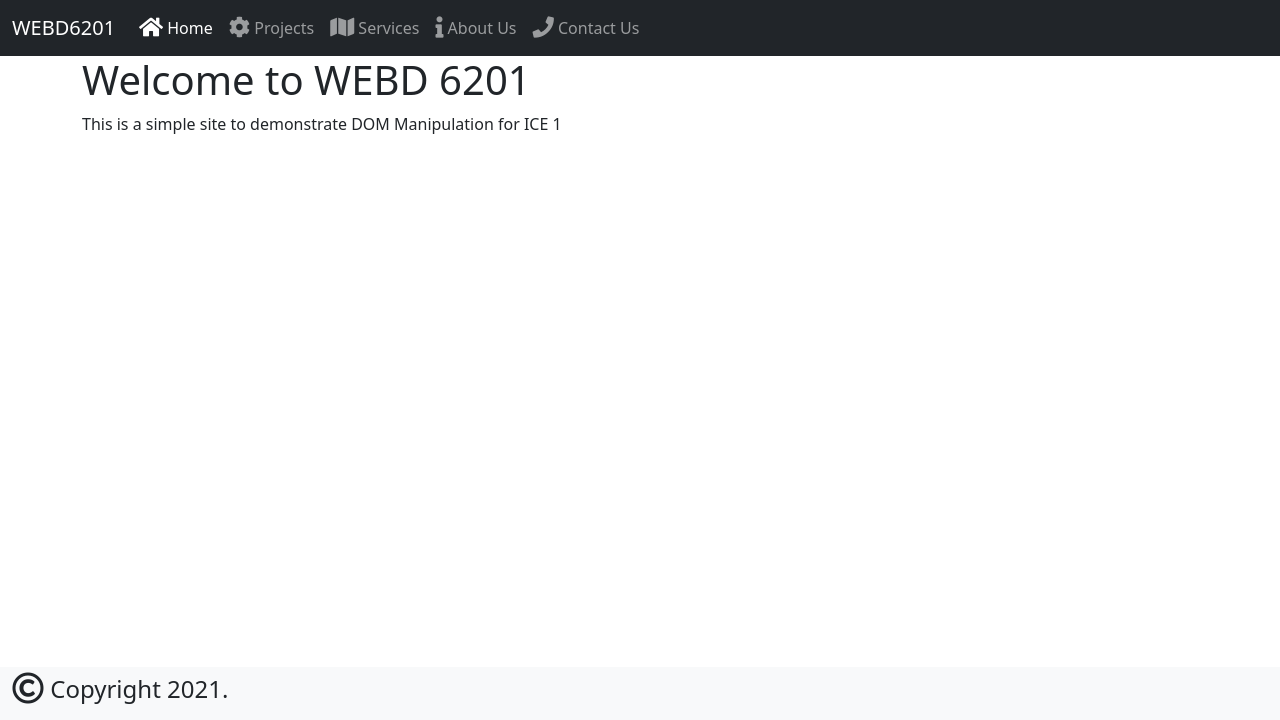
Repository: Sub4Sub/Lab_1
Page: index.html
An editor plug-in stored every save of this project. The page is shown before and after the next save, followed by the edit.
The browser window is 1280 px wide. The pictures show the whole page.

Above is the page before, as saved 2021-02-03 18:19:33.

After the next save:
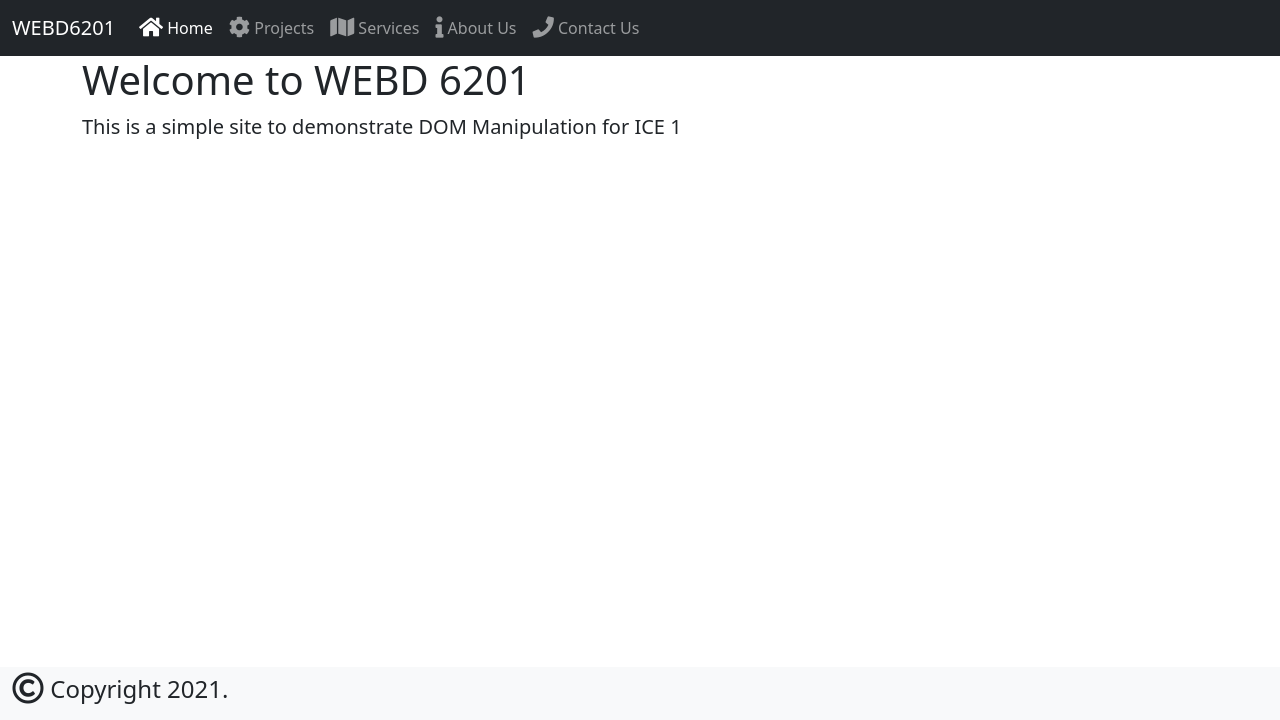
Saved 4 s later.
--- a/Scripts/app.js
+++ b/Scripts/app.js
@@ -13,6 +13,7 @@
           let paragraphOneElement = document.getElementById("paragraphOne");
 
         paragraphOneElement.textContent = paragraphOneText;
+        paragraphOneElement.className = "fs-5";
     }
 
     function Start()
